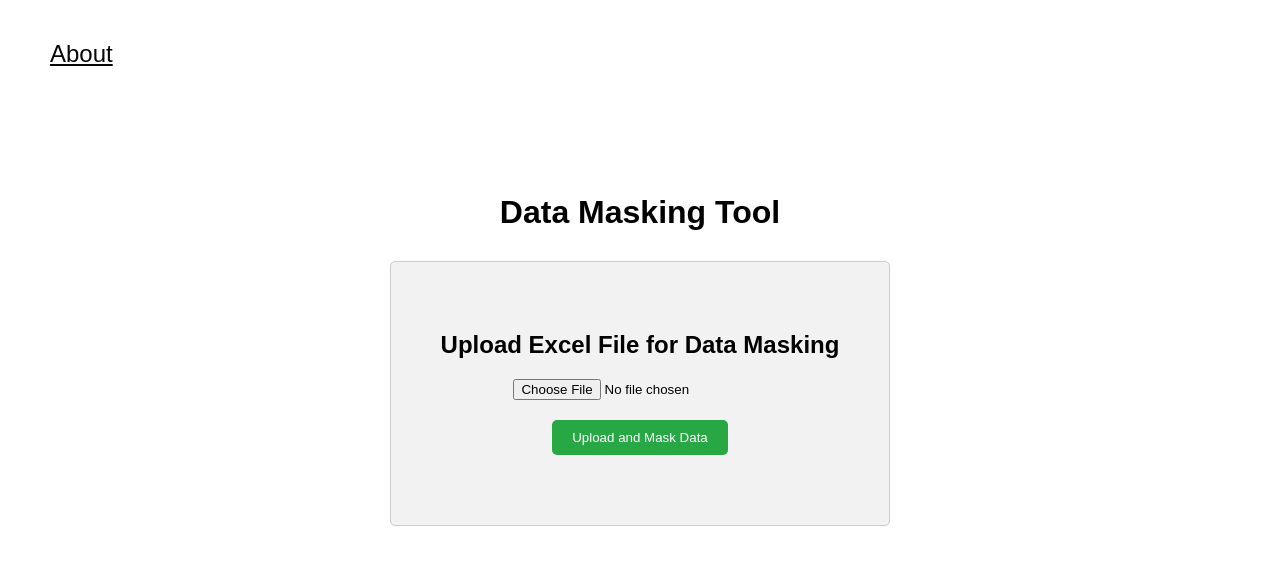
Repository: prithika12/DataMasking_Tool
Page: index.html
The author's editor kept a copy of each file at every save. The page is drawn from the files as they stood at one save, then again after the next save.
The browser window is 1280 px wide. The pictures show the whole page.

Above is the page before, as saved 2024-07-09 11:53:53.

### index.html
<!DOCTYPE html>
<html>
<head>
    <title>Data Masking Tool</title>
    <style>
        body {
            font-family: Arial, sans-serif;
            margin: 0px;
            padding: 0;
            display: flex;
            flex-direction: column; /* Align items in a column */
            justify-content: center; /* Center vertically */
            align-items: center; /* Center horizontally */
            height: 100vh; /* Full viewport height */
        }
        .container {
            max-width: 600px;
            padding: 50px;
            background-color: #f2f2f2;
            border: 1px solid #ccc;
            border-radius: 5px;
            text-align: center; /* Center text inside container */
        }
        h1 {
            text-align: center; /* Center text */
            margin-top: 0; /* Remove default margin */
            margin-bottom: 30px;
        }
        h2 {
            text-align: center;
        }
        input[type="file"] {
            display: block;
            margin: 20px auto;
        }
        button {
            display: block;
            margin: 20px auto;
            padding: 10px 20px;
            background-color: #28a745;
            color: white;
            border: none;
            border-radius: 5px;
            cursor: pointer;
        }
        button:hover {
            background-color: #218838;
        }
        .about-link {
            position: absolute;
            top: 20px;
            left: 20px;
            padding: 20px 30px;
        }
        .about-link a {
            color: #070708;
            font-size: x-large;
            text-decoration: underline;
        }
        .about-link a:hover {
            text-decoration: underline;
        }
    </style>
</head>
<body>
    <h1>Data Masking Tool</h1>
    <div class="container">
        <h2>Upload Excel File for Data Masking</h2>
        <form action="/uploader" method="post" enctype="multipart/form-data">
            <input type="file" name="file" accept=".xlsx">
            <button type="submit">Upload and Mask Data</button>
        </form>
    </div>
    <div class="about-link">
        <a href="https://github.com/prithika12/DataMasking_Tool/blob/main/README.md" target="_blank">About</a>
    </div>
</body>
</html>

After the next save:
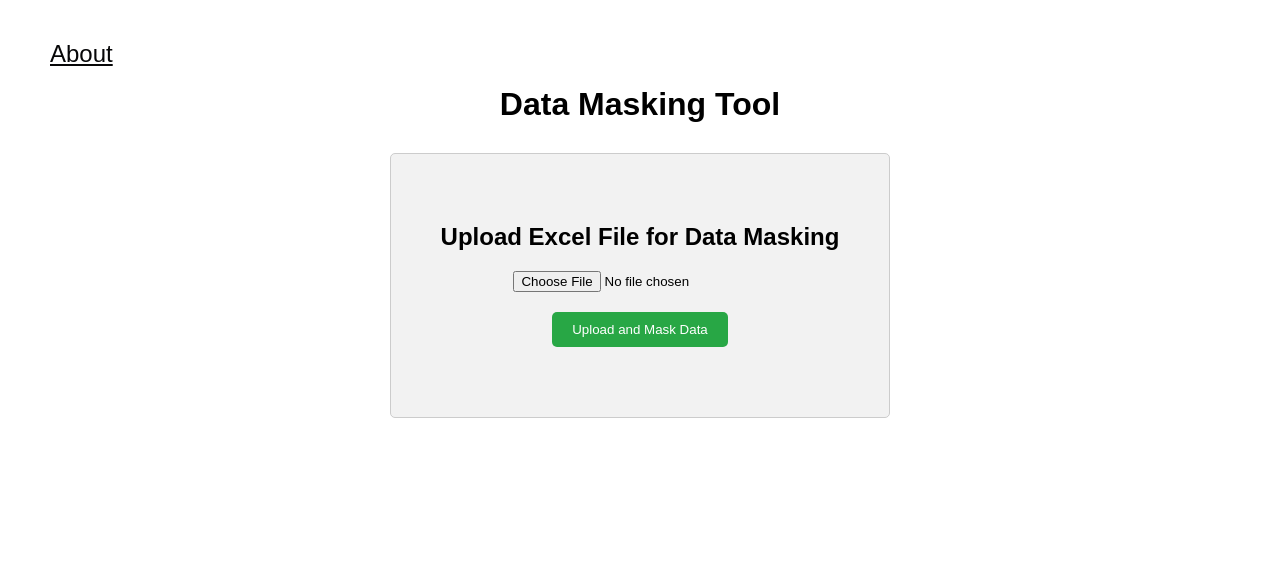
Saved 9 s later.
--- a/index.html
+++ b/index.html
@@ -11,7 +11,7 @@
             flex-direction: column; /* Align items in a column */
             justify-content: center; /* Center vertically */
             align-items: center; /* Center horizontally */
-            height: 100vh; /* Full viewport height */
+            height: 70vh; /* Full viewport height */
         }
         .container {
             max-width: 600px;
